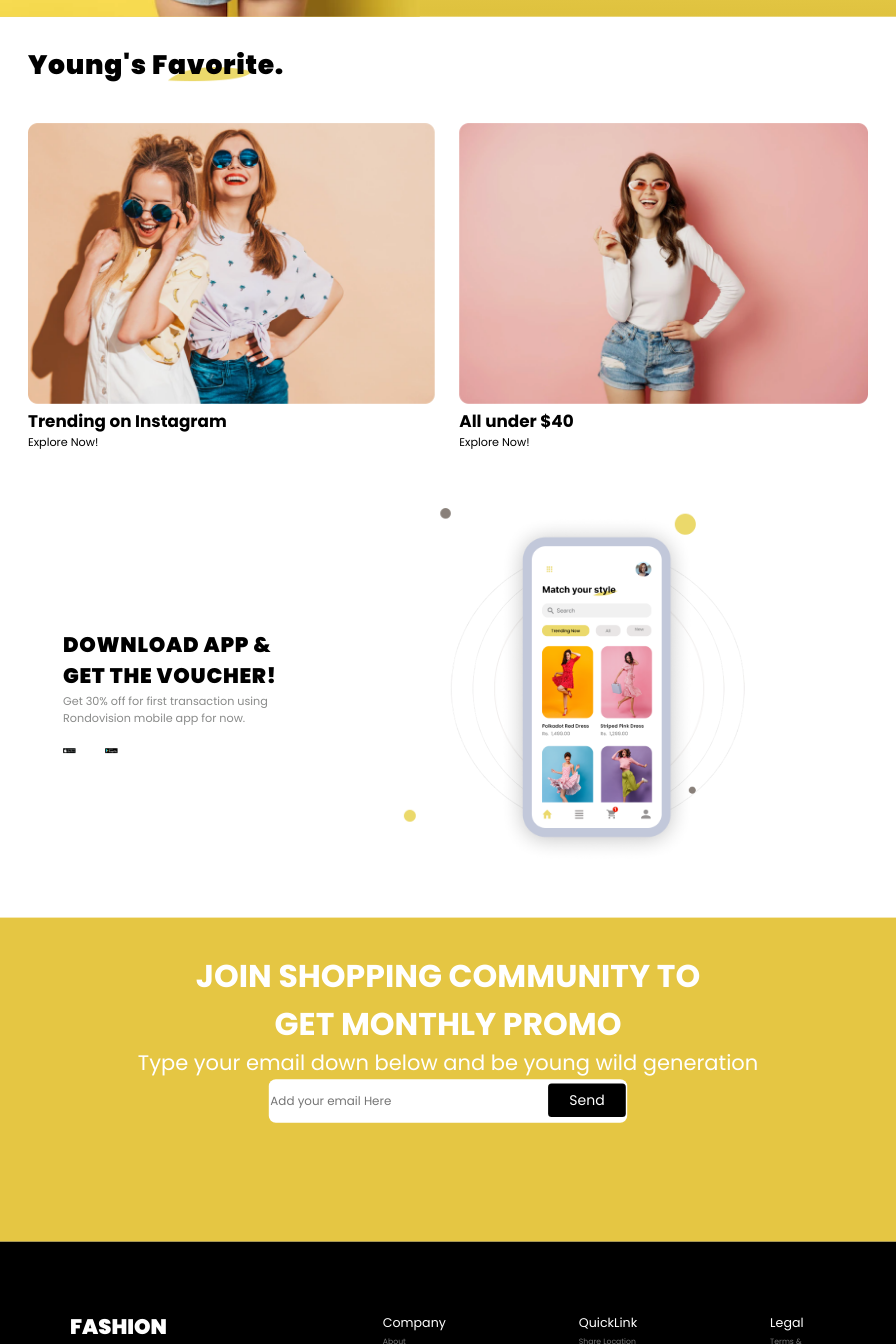
Repository: isaacCodes1/FashionWebsite
Page: index.html
An editor plug-in stored every save of this project. The page is shown before and after the next save, followed by the edit.
The browser window is 1280 px wide. The pictures show the part of the page from y = 2257 to 4177 px (the page is 4417 px tall), at 70% of full size.

Above is the page before, as saved 2024-03-14 11:09:57.

### index.html
<!DOCTYPE html>
<html lang="en">
  <head>
    <meta charset="UTF-8" />
    <meta name="viewport" content="width=device-width, initial-scale=1.0" />
    <title>Shopping Site Assignment</title>
    <link rel="stylesheet" href="style.css" />
  </head>
  <body>
    <header>
      <nav>
        <!--------- NavItems ------->
        <div class="image">
          <a href="#"><img src="/Assets/Vector (3).png" />FASHION</a>
        </div>
        <div class="navItems">
          <ul>
            <li><a href="#">CATALOGUE</a></li>
            <li><a href="#">FASHION</a></li>
            <li><a href="#">FAVORITE</a></li>
            <li><a href="#">LIFESTYLE</a></li>
          </ul>
          <button>SIGN UP</button>
        </div>
      </nav>
    </header>
    <main>
      <!------- FirstPage ------>
      <section class="firstPageCont">
        <div class="FirstPage">
          <div class="txtCont">
            <h1>
              <span class="spn1">LET'S <br /></span>EXPLORE <br />
              <span class="spn2">UNIQUE <br /></span>CLOTHES.
            </h1>
            <p>Live for Influential and Innovative fashion!</p>
            <div class="txtBtn">
              <img src="/Assets/Vector 9.png" alt="" />
              <button class="btns">Shop Now</button>
            </div>
          </div>
          <div class="imgCont">
            <div class="star1"><img src="/Assets/Star 11.png" alt="" /></div>
            <div class="star2"><img src="/Assets/Star 11.png" alt="" /></div>
            <div class="star3"><img src="/Assets/Star 11.png" alt="" /></div>
            <div class="star4"><img src="/Assets/Star 11.png" alt="" /></div>
            <img src="/Assets/girl.png" alt="" />
          </div>
        </div>
      </section>
      <!------ Logos ------->
      <section class="firstPageFooter">
        <div class="logoCont">
          <img src="/Assets/HM.png" alt="" />
          <img src="/Assets/Obey.png" alt="" />
          <img src="/Assets/Shopify.png" alt="" />
          <img src="/Assets/Lacoste.png" alt="" />
          <img src="/Assets/Levis.png" alt="" />
          <img src="/Assets/Amazon.png" alt="" />
        </div>
      </section>
      <section class="nextPageCont">
        <div class="nextPageText">
          <h1>NEW ARRIVALS</h1>
          <img src="/Assets/Vector 9.png" alt="" />
        </div>
        <div class="prettyImages">
          <div class="Images">
            <div class="prettyImg">
              <img src="/Assets/image1.png" alt="" />
            </div>
            <div class="prettyText">
              <div class="txtIcon">
                <h1>Hoodies & Sweatshirt</h1>
                <p>Explore Now!</p>
              </div>
              <div class="icons"></div>
            </div>
          </div>
          <div class="Images">
            <div class="prettyImg">
              <img src="/Assets/image2.png" alt="" />
            </div>
            <div class="prettyText">
              <div class="txtIcon">
                <h1>Coats & Parkas</h1>
                <p>Explore Now!</p>
              </div>
              <div class="icons"></div>
            </div>
          </div>
          <div class="Images">
            <div class="prettyImg">
              <img src="/Assets/image3.png" alt="" />
            </div>
            <div class="prettyText">
              <div class="txtIcon">
                <h1>Tees & T-Shirt</h1>
                <p>Explore Now!</p>
              </div>
              <div class="icons"></div>
            </div>
          </div>
        </div>
      </section>
      <section class="payDay">
        <div class="genDiv">
          <div class="yellowImg">
            <img src="/Assets/image 12.png" alt="" />
          </div>
          <div class="yellowTxt">
            <h1><span class="spn3">PAYDAY</span>SALE NOW</h1>
            <p>
              Spend minimal $100 get 30% off <br />voucher code for your next
              purchase
            </p>
            <p><strong>1 June -10 June 2021</strong></p>
            <p class="para">*Terms &Conditions apply</p>
            <button class="btn">SHOP NOW</button>
          </div>
        </div>
      </section>
      <!--------   Images   ------->
      <section class="nextPageCont">
        <div class="nextPageText">
          <h1>Young's Favorite.</h1>
          <img class="vector" src="/Assets/Vector 9.png" alt="" />
        </div>
        <div class="prettyImages">
          <div class="Images">
            <div class="prettyImg">
              <img src="/Assets/Girls.png" alt="" />
            </div>
            <div class="prettyText">
              <div class="txtIcon">
                <h1>Trending on Instagram</h1>
                <p>Explore Now!</p>
              </div>
              <div class="icons"></div>
            </div>
          </div>

          <div class="Images">
            <div class="prettyImg">
              <img src="/Assets/Rectangle 49.png" alt="" />
            </div>
            <div class="prettyText">
              <div class="txtIcon">
                <h1>All under $40</h1>
                <p>Explore Now!</p>
              </div>
              <div class="icons"></div>
            </div>
          </div>
        </div>
      </section>
      <!---- Apps----->
      <section class="nextPageCont2">
        <div class="nextPageText2">
          <h1>DOWNLOAD APP & <br />GET THE VOUCHER!</h1>
          <p>
            Get 30% off for first transaction using <br />Rondovision mobile app
            for now.
          </p>
          <div class="store">
            <a href="https://www.apple.com/store"><img src="/Assets/Apple Store.png" alt="" /></a>
            <a href=""><img src="/Assets/Google Play.png" alt="" /></a>
          </div>
        </div>
        <div class="Images2">
          <div class="prettyImg2">
            <img src="/Assets/Mobile app.png" alt="" />
            <div class="circle1"><img src="/Assets/circle.png" alt="" /></div>
            <div class="circley"><img src="/Assets/circle y.png" alt="" /></div>
            <div class="circleye">
              <img src="/Assets/circle y.png" alt="" />
            </div>
            <div class="circle2"><img src="/Assets/circle.png" alt="" /></div>
            <div class="bigC"><img src="/Assets/back1.png" alt="" /></div>
            <div class="largeC">
              <img src="/Assets/lagrescircle.png" alt="" />
            </div>
            <div class="largeC1">
              <img src="/Assets/lagrescircle.png" alt="" />
            </div>
          </div>
        </div>
        <div class="icons"></div>
      </section>
      <!------ Footer ------>
      <section class="footer">
        <div class="footerDiv">
          <div class="h1footer">
            <h1>
              JOIN SHOPPING COMMUNITY TO <br />
              GET MONTHLY PROMO
            </h1>
          </div>
          <div class="pFooter">
            <p>Type your email down below and be young wild generation</p>
            <div class="input">
              <input
                class="input"
                type="text"
                placeholder="Add your email Here"
              />
              <!-- <input class="inputbtn" type="button" value="SEND" /> -->
              <a href="#">Send</a>
            </div>
          </div>
        </div>
      </section>
      <section class="foot">
        <div class="footDiv">
          <div class="footTxt">
            <h1>FASHION</h1>
            <p>
              Complete your style with awesome <br />
              clothes from us.
            </p>
            <div class="socialIcons">
              <div class="icon">
                <img src="/Assets/Facebook.png" alt="" />
              </div>
              <div class="icon">
                <img src="/Assets/Instagram.png" alt="" />
              </div>
              <div class="icon">
                <img src="/Assets/Twitter.png" alt="" />
              </div>
              <div class="icon">
                <img src="/Assets/Linkedn.png" alt="" />
              </div>
            </div>
          </div>

          <div class="socialIcons">
            <div class="links">
              <div class="links1">Company</div>
              <div class="links2">About</div>
              <div class="links2">Contact Us</div>
              <div class="links2">Support</div>
              <div class="links2">Careers</div>
            </div>
            <div class="links">
              <div class="links1">QuickLink</div>
              <div class="links2">Share Location</div>
              <div class="links2">Orders Tracking</div>
              <div class="links2">Size Guide</div>
              <div class="links2">FAQs</div>
            </div>
            <div class="links">
              <div class="links1">Legal</div>
              <div class="links2">Terms & Conditions</div>
              <div class="links2">Privacy</div>
            </div>
          </div>
        </div>
      </section>
    </main>
  </body>
</html>

### style.css
@import url("https://fonts.googleapis.com/css2?family=Poppins:ital,wght@0,100;0,200;0,300;0,400;0,500;0,600;0,700;0,800;0,900;1,100;1,200;1,300;1,400;1,500;1,600;1,700;1,800;1,900&display=swap");
* {
  margin: 0;
  padding: 0;
  box-sizing: border-box;
  font-family: "Poppins", sans-serif;
}
nav {
  display: flex;
  align-items: center;
  justify-content: space-between;
  width: 100%;
  padding: 20px 40px;
}
.image a {
  display: flex;
  align-items: center;
  gap: 6px;
  text-decoration: none;
  color: #000;
  font-size: 16px;
  font-weight: 900;
}
.image a img {
  width: 16%;
}
.navItems {
  display: flex;
  gap: 30px;
  align-items: center;
}
.navItems ul {
  display: flex;
  gap: 30px;
  list-style: none;
}
.navItems ul li a {
  text-decoration: none;
  color: #000;
  font-size: 16px;
  font-weight: 500;
}
.navItems ul li:hover {
  transform: scale(1.05);
  transition: 1s ease-in-out;
}
.navItems button {
  border: 0;
  background: #000;
  padding: 10px 20px;
  color: #fff;
  border-radius: 5px;
  font-size: 13px;
}
.navItems button:hover {
  transform: scale(1.05);
  transition: 1s ease-in-out;
  color: #000;
  background: rgb(137, 136, 136);
}
/* firstPageCtn */
.firstPageCont {
  padding: 20px 40px;
}
.FirstPage {
  display: flex;
  flex: 1;
  width: 100%;
  height: 90vh;
  padding: 40px 10px 0px 10px;
  border-radius: 30px;
  background: #f4f6f5;
}
.txtCont {
  display: flex;
  flex: 0.5;
  flex-direction: column;
  gap: 10px;
  padding-left: 40px;
}

.txtCont h1 {
  font-size: 64px;
  font-weight: 900;
  width: 50%;
  line-height: 75px;
}

.txtCont p {
  font-size: 20px;
}
.txtBtn {
  display: flex;
  align-items: center;
  width: 80%;
  margin-top: 10px;
  gap: 10px;
}
.btns {
  border: 0;
  background: #000;
  padding: 10px 20px;
  color: #fff;
  border-radius: 5px;
  font-size: 13px;
}
.btns:hover {
  transform: scale(1.05);
  transition: 1s ease-in-out;
  color: #000;
  background: rgb(137, 136, 136);
}
.txtBtn img {
  width: 100px;
}
.imgCont {
  flex: 0.5;
  display: flex;
  position: relative;
}
.star1 {
  position: absolute;
  top: 5px;
  left: 10px;
}
.star1 img {
  width: 30px;
}
.star2 {
  position: absolute;
  top: 20px;
  left: 450px;
}
.star2 img {
  width: 30px;
}
.star3 {
  position: absolute;
  bottom: 10px;
  left: 70px;
}
.star3 img {
  width: 30px;
}
.star4 {
  position: absolute;
  bottom: 20px;
  left: 400px;
}
.star4 img {
  width: 30px;
}
.spn1 {
  display: flex;
  align-items: center;
  background-image: url(/Assets/rectangle1.png);
  background-size: cover;
  background-repeat: no-repeat;
  width: 100%;
  padding-left: 20px;
}
.spn2 {
  background-image: url(/Assets/Rectangle2.png);
  background-size: cover;
  background-repeat: no-repeat;
  padding-right: 50px;
  padding-left: 20px;
}
/* next Page */
.firstPageFooter {
  background: #ebd96b;
  padding: 20px 30px;
  display: flex;
  align-items: center;
  justify-content: center;
}
.logoCont {
  display: flex;
  justify-content: center;
  gap: 50px;
}
.logoCont img {
  width: 7%;
}
.nextPageCont {
  margin-top: 20px;
  padding: 20px 40px;
  display: flex;
  flex-direction: column;
  gap: 55px;
  margin-bottom: 50px;
}
.nextPageText {
  position: relative;
}
.nextPageText h1 {
  font-size: 38px;
  letter-spacing: 1px;
  font-weight: 900;
}
.nextPageText img {
  position: absolute;
  bottom: 5px;
  left: 200px;
  width: 10%;
  z-index: -1;
}
.prettyImages {
  display: flex;
  gap: 35px;
}

.prettyImg img {
  width: 100%;
}
.payDay {
  background: linear-gradient(
    1.32deg,
    #e0c340 0.13%,
    #dfc23e 3.97%,
    #e1c441 7.2%,
    #e3c743 10.13%,
    #e4c542 12.98%,
    #e6c744 15.99%,
    #e7c845 19.52%,
    #e5c643 23.96%,
    #e6c945 30.43%,
    #e3c743 36.49%,
    #e9ca48 42.49%,
    #edce49 49.35%,
    #f0d44c 55.42%,
    #f4d84f 61.43%,
    #f6da52 65.74%,
    #f7db53 72.23%,
    #f9dd55 77.43%,
    #f9df56 83.84%,
    #fae157 91.52%,
    #f9df56 97.87%
  );
}
.yellowTxt {
  flex-direction: column;
  margin-bottom: 10px;
}
.yellowTxt h1 {
  font-size: 65px;
  font-weight: 900;
}
.yellowTxt p {
  font-size: 22px;
  font-weight: 500;
}

.yellowImg img {
  flex: 0.5;
  display: flex;
  width: 600px;
  position: relative;
}

.genDiv {
  display: flex;
  align-items: center;
}
.btn {
  border: 0;
  background: #000;
  padding: 15px 25px;
  color: #fff;
  border-radius: 5px;
  font-size: 18px;
  font-weight: 500;
}
.btn:hover {
  transform: scale(1.05);
  transition: 1s ease-in-out;
  color: #000;
  background: rgb(137, 136, 136);
}
.spn3 {
  display: flex;
  background-image: url(/Assets/rectangle1.png);
  background-size: cover;
  background-repeat: no-repeat;
  width: 300px;
}
.nxtSect {
  margin-top: 20px;
  padding: 20px 40px;
  display: flex;
  flex-direction: column;
  gap: 50px;
  margin-bottom: 50px;
}
.nxtSectText {
  position: relative;
}
.nxtSectText h1 {
  font-size: 38px;
  letter-spacing: 1px;
  font-weight: 900;
}
.nxtSectText img {
  position: absolute;
  bottom: 6px;
  left: 250px;
  width: 10%;
  z-index: -1;
}
.assetText {
  display: flex;
  flex-direction: column;
}

/* storeSection */
.nextPageCont1 {
  margin-top: 20px;
  padding: 20px 40px;
  display: flex;
  flex-direction: column;
  gap: 50px;
  margin-bottom: 50px;
}
.nextPageText1 {
  position: relative;
  margin-left: 70px;
}
.nextPageText1 h1 {
  font-size: 38px;
  letter-spacing: 1px;
  font-weight: 900;
}
.prettyImages1 {
  display: flex;
  gap: 35px;
}
.prettyImg1 img {
  width: 40%;
  cursor: pointer;
}
.Images2 {
  display: flex;
}
.prettyImg2 {
  position: relative;
}
.prettyImg2 img {
  width: 70;
  height: 500px;
  margin-left: 70px;
}
.nextPageCont2 {
  margin-top: 20px;
  padding: 20px 40px;
  display: flex;
  gap: 50px;
  margin-bottom: 50px;
  display: flex;
  justify-content: space-between;
  align-items: center;
}
.nextPageText2 {
  display: flex;
  flex-direction: column;
  margin-left: 50px;
}
.nextPageText2 p {
  margin-bottom: 30px;
  color: #898a89;
}
.nextPageText2 h1 {
  font-size: 30px;
  letter-spacing: 1px;
  font-weight: 900;
}
.nextPageText2 img {
  width: 30%;
  cursor: pointer;
  display: flex;
}
.store {
  display: flex;
}
.store a{
  display: flex;
  width: 60px;
}
.circle1 {
  position: absolute;
  right: 350px;
  bottom: 500px;
}
.circle1 img {
  width: 15px;
  height: 15px;
  display: flex;
}
.circley {
  position: absolute;
  right: 0;
  bottom: 470px;
}
.circley img {
  width: 30px;
  height: 30px;
}
.circleye {
  position: absolute;
  right: 400px;
  bottom: 60px;
}
.circleye img {
  width: 17px;
  height: 17px;
}
.circle2 {
  position: absolute;
  right: 0;
  bottom: 100px;
}
.circle2 img {
  width: 10px;
  height: 10px;
}
.elipses {
  position: absolute;
}
.bigC {
  position: absolute;
  right: -12px;
  bottom: 100px;
  z-index: -1;
}
.bigC img {
  width: 300px;
  height: 300px;
  background: transparent;
}

.largeC {
  position: absolute;
  right: -41px;
  bottom: 70px;
  z-index: -1;
}
.largeC img {
  width: 360px;
  height: 360px;
  /* background: transparent; */
}
.largeC1 {
  position: absolute;
  right: -70px;
  bottom: 50px;
  z-index: -1;
}
.largeC1 img {
  width: 420px;
  height: 400px;
}
.footerDiv {
  background: #e5c643;
  padding-bottom: 170px;
}
.h1footer {
  color: #fff;
  text-align: center;
  padding-top: 50px;
  font-size: 30px;
  font-weight: 1000;
}
.pFooter {
  display: flex;
  flex-direction: column;
  justify-content: center;
  align-items: center;
  text-align: center;
  color: #fff;
  font-size: 30px;
}

.input {
  background: #fff;
  width: 40%;
  padding: 5px 0px;
  border-radius: 10px;
}
.input input {
  background: none;
  border: 0;
  padding: 13px 0px 13px 0px;
  width: 76%;
  font-size: 17px;
  outline: 0;
}
.input a {
  font-size: 20px;
  text-decoration: 0;
  color: #fff;
  background: #000;
  padding: 10px 30px;

  border-radius: 5px;
}
.footDiv {
  display: flex;
  background: #000;

  place-items: center;
  padding: 100px;
}

.footTxt {
  display: flex;
  flex-direction: column;
  gap: 15px;
}
.footTxt h1 {
  color: #fff;
  font-size: 30px;
  font-weight: 900;
}
.footTxt p {
  color: #777;
  font-size: 18px;
}
.socialIcons {
  display: flex;
  gap: 20px;
}

.icon {
  background: #ebd96b;
  width: 30px;
  display: flex;
  align-items: center;
  justify-content: center;
  height: 30px;
  border-radius: 8px;
}
.icon img {
  display: flex;
  align-items: center;
  width: 40px;
  place-items: center;
}
.links {
  margin-left: 150px;
  padding-right: 20px;
  margin-bottom: 50px;
}
.links1 {
  display: flex;
  flex-direction: column;
  color: #fff;
  font-size: 18px;
  margin-top: 0px;
}
.links2 {
  color: #777;
  font-size: 11px;
  padding-top: 5px;
}

After the next save:
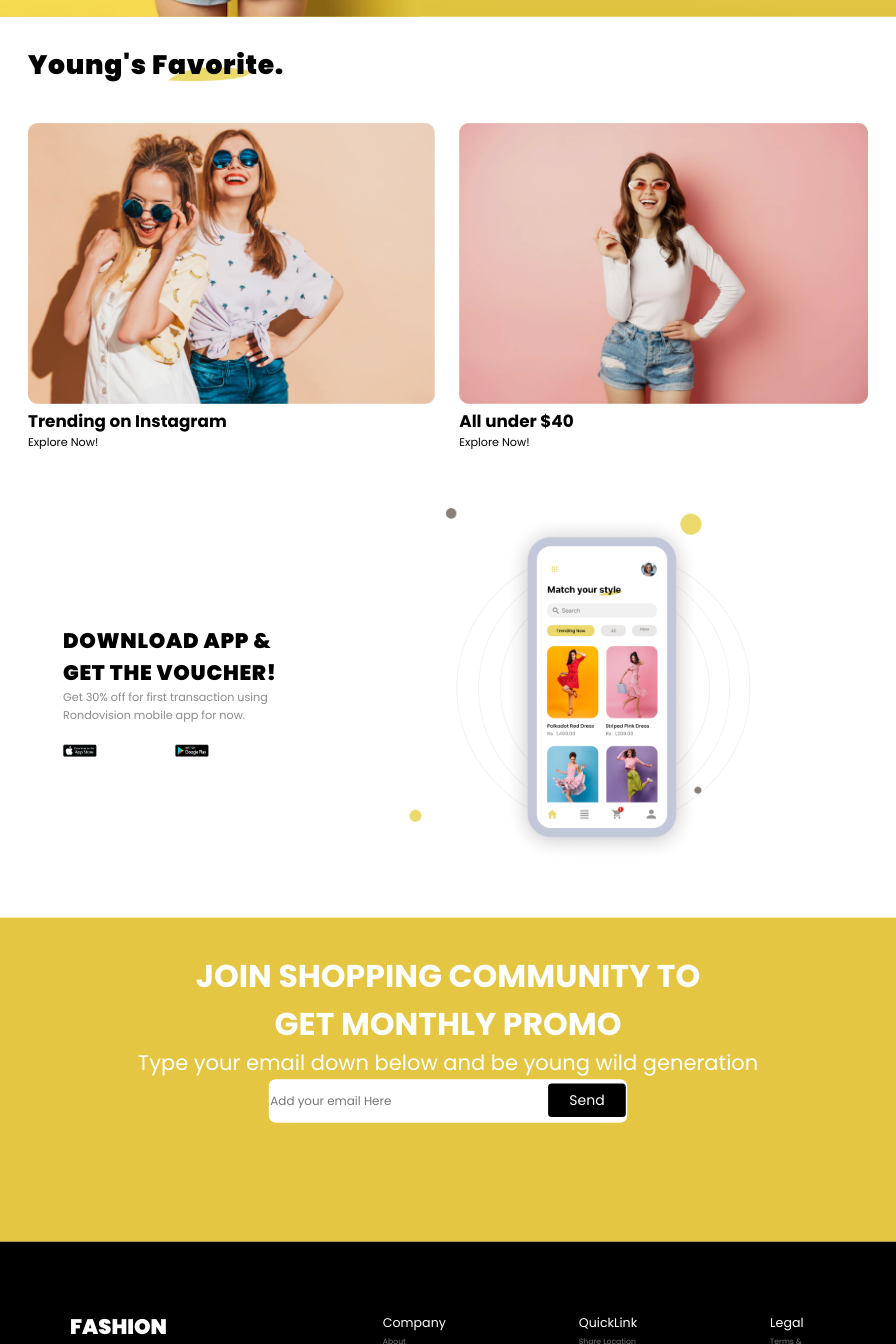
Saved 6 s later.
--- a/style.css
+++ b/style.css
@@ -383,7 +383,7 @@
 }
 .store a{
   display: flex;
-  width: 60px;
+  width: 160px;
 }
 .circle1 {
   position: absolute;
